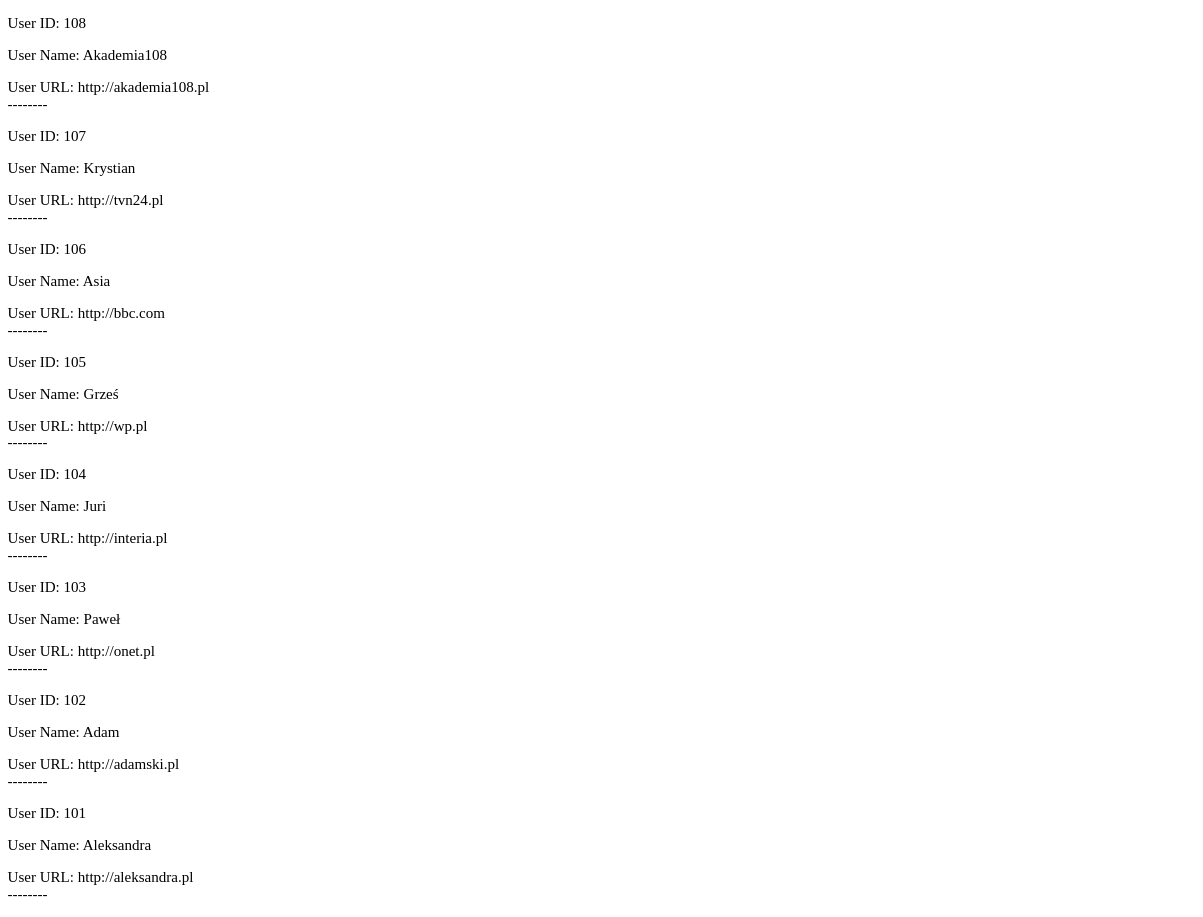
Repository: magdaf41/AJAX
Page: zadanie 4/index.html
These files come from the project's save history. The page is drawn as it stood at one moment and after the next save; the edit follows.
The browser window is 1280 px wide. The pictures show the whole page, at 94% of full size.
The page's requests for data from a server got no answer.

Above is the page before, as saved 2020-09-13 22:25:31.

### zadanie 4/index.html
<!DOCTYPE html>
<html lang="en">

<head>
    <meta charset="UTF-8">
    <meta name="viewport" content="width=device-width, initial-scale=1.0">
    <title>Warsztat – Infinite Scroll</title>
</head>

<body>

    <p>User ID: 108</p>
    <p>User Name: Akademia108</p>
    <p>User URL: http://akademia108.pl<br>--------</p>

    <p>User ID: 107</p>
    <p>User Name: Krystian</p>
    <p>User URL: http://tvn24.pl<br>--------</p>

    <p>User ID: 106</p>
    <p>User Name: Asia</p>
    <p>User URL: http://bbc.com<br>--------</p>

    <p>User ID: 105</p>
    <p>User Name: Grześ</p>
    <p>User URL: http://wp.pl<br>--------</p>

    <p>User ID: 104</p>
    <p>User Name: Juri</p>
    <p>User URL: http://interia.pl<br>--------</p>

    <p>User ID: 103</p>
    <p>User Name: Paweł</p>
    <p>User URL: http://onet.pl<br>--------</p>

    <p>User ID: 102</p>
    <p>User Name: Adam</p>
    <p>User URL: http://adamski.pl<br>--------</p>

    <p>User ID: 101</p>
    <p>User Name: Aleksandra</p>
    <p>User URL: http://aleksandra.pl<br>--------</p>

    <script src="js/script.js"></script>
</body>

</html>

### zadanie 4/js/script.js
console.log('Odbieranie i wysyłanie danych');


let user = {
    "name": "Hans",
    "job": "programmer"
}

fetch('https://reqres.in/api/users', {
    headers: {
        'Content-type': 'application/json'
    },
    method: "POST",
    body: JSON.stringify(user),
})
    .then(response => response.json())
    .then(json => console.log(json))
    .catch((error) => {
        console.log(error)
    });


fetch('https://jsonplaceholder.typicode.com/todos/1')
    .then(response => response.json())
    .then(json => console.log(json))

After the next save:
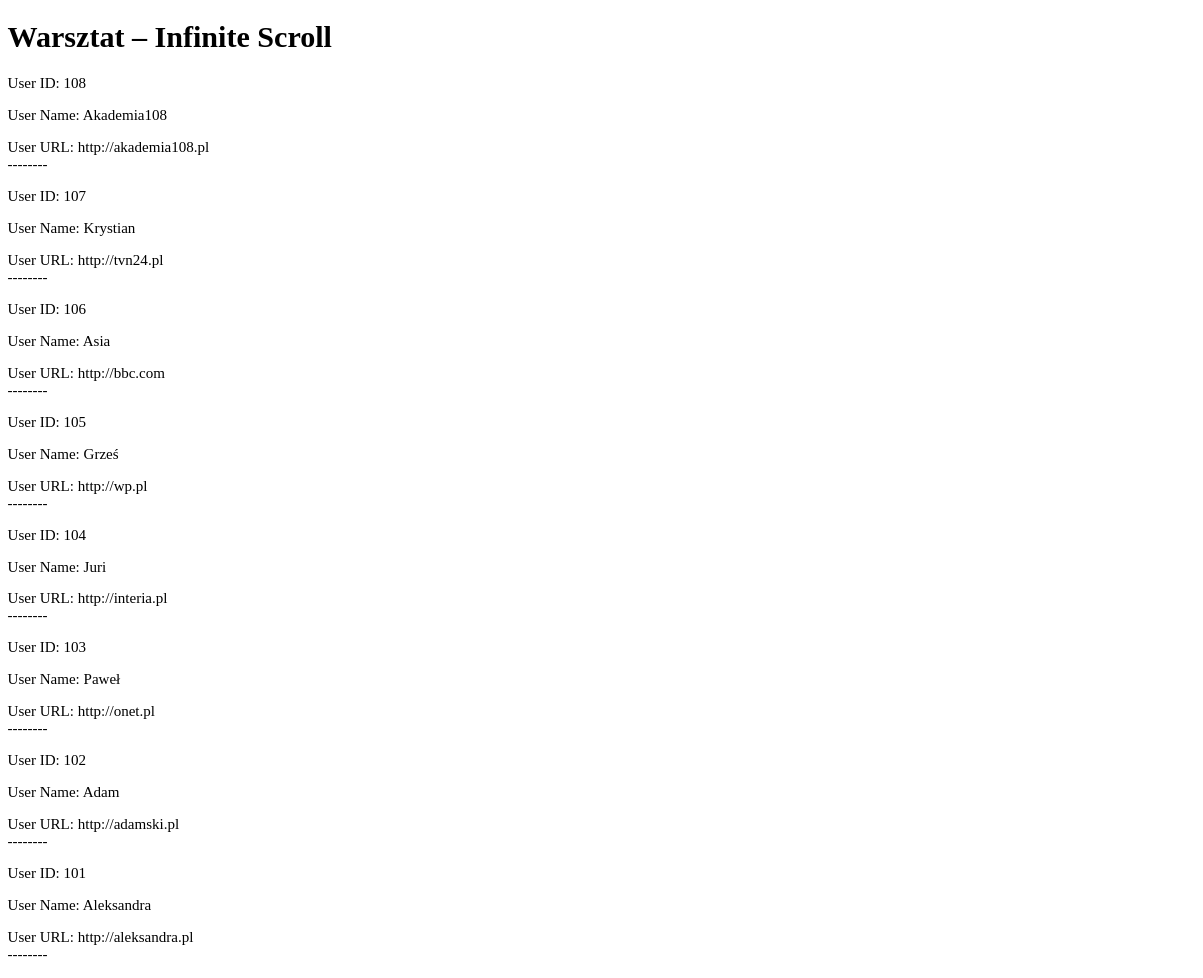
Console error: ReferenceError: getE is not defined
Saved 3 min 25 s later.
--- a/zadanie 4/index.html
+++ b/zadanie 4/index.html
@@ -8,6 +8,8 @@
 </head>
 
 <body>
+
+    <h1>Warsztat – Infinite Scroll</h1>
 
     <p>User ID: 108</p>
     <p>User Name: Akademia108</p>
--- a/zadanie 4/js/script.js
+++ b/zadanie 4/js/script.js
@@ -1,25 +1 @@
-console.log('Odbieranie i wysyłanie danych');
-
-
-let user = {
-    "name": "Hans",
-    "job": "programmer"
-}
-
-fetch('https://reqres.in/api/users', {
-    headers: {
-        'Content-type': 'application/json'
-    },
-    method: "POST",
-    body: JSON.stringify(user),
-})
-    .then(response => response.json())
-    .then(json => console.log(json))
-    .catch((error) => {
-        console.log(error)
-    });
-
-
-fetch('https://jsonplaceholder.typicode.com/todos/1')
-    .then(response => response.json())
-    .then(json => console.log(json))
+let scroll = getE
